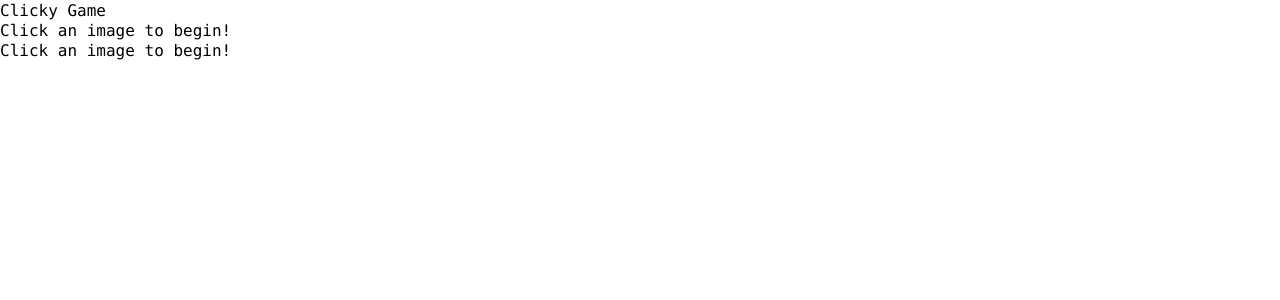
Repository: vivianuol/Clicky-game
Page: /
These files come from the project's save history. The page is drawn as it stood at one moment and after the next save; the edit follows.
The browser window is 1280 px wide. The pictures show the whole page.
The project was rebuilt for these pictures with package versions that can differ from the ones it lists, and the page was loaded fresh each time. Also part of the build but not shown: src/App.css.

Above is the page before, as saved 2019-01-12 10:41:02.

### src/App.js
import React, { Component } from 'react';
import logo from './logo.svg';
import './App.css';
import Header from "./components/Header"

class App extends Component {
  render() {
    return (
      <div>
        <Header />
        {/* <Jumbotron />
        <Cards />
        <Footer /> */}
      </div>
    )
  }
}

export default App;

### src/components/Header.js
import React from "react";
import { Grid, Row, Col } from 'react-bootstrap';
import { Navbar, Nav } from 'react-bootstrap';

export default class Header extends


    React.Component {
    render() {
        return (
            // <Navbar>
                <Grid>
                <Row className="show-grid">
                    <Col md={4}>
                        <code>Clicky Game</code>
                    </Col>
                    <Col md={4}>
                        <code>Click an image to begin!</code>
                    </Col>
                    <Col md={4}>
                        <code>Click an image to begin!</code>
                    </Col>
                </Row>
                </Grid>
            // </Navbar>
        );
    }
}

Loaded but not shown: public/index.html (common file); src/index.js (common file); src/index.css (common file); src/serviceWorker.js (common file)

After the next save:
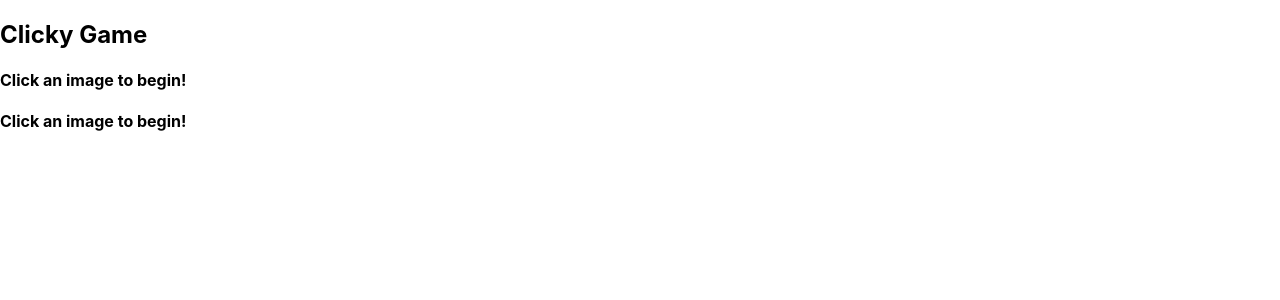
Saved 53 s later.
--- a/src/components/Header.js
+++ b/src/components/Header.js
@@ -12,13 +12,13 @@
                 <Grid>
                 <Row className="show-grid">
                     <Col md={4}>
-                        <code>Clicky Game</code>
+                        <h2>Clicky Game</h2>
                     </Col>
                     <Col md={4}>
-                        <code>Click an image to begin!</code>
+                        <h4>Click an image to begin!</h4>
                     </Col>
                     <Col md={4}>
-                        <code>Click an image to begin!</code>
+                        <h4>Click an image to begin!</h4>
                     </Col>
                 </Row>
                 </Grid>
